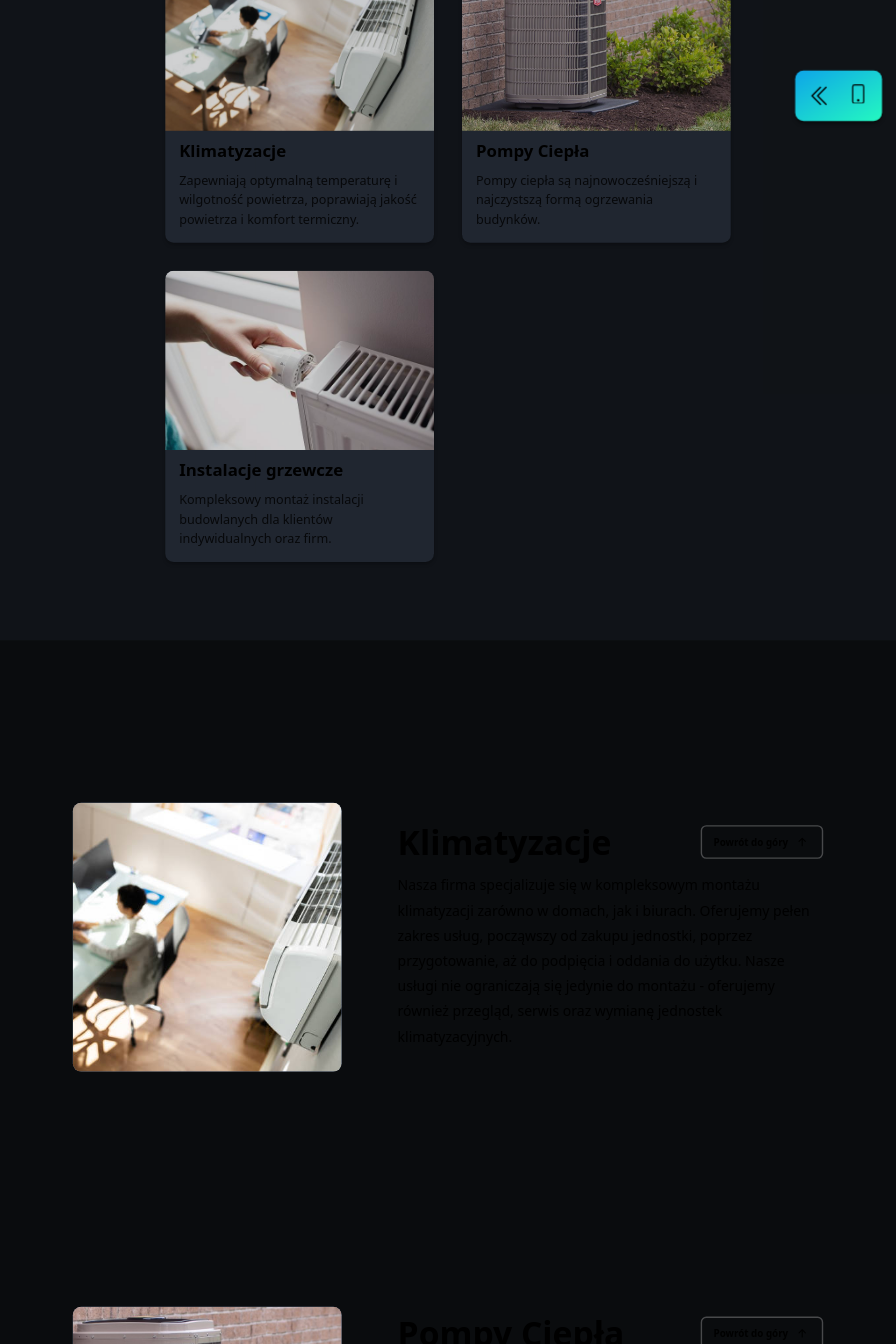
Repository: piotrokrutniak/Fast-CompanyWebsite
Page: /oferta
The author's editor kept a copy of each file at every save. The page is drawn from the files as they stood at one save, then again after the next save.
The browser window is 1280 px wide. The pictures show the part of the page from y = 527 to 2447 px (the page is 4334 px tall before and 4530 px after), at 70% of full size.
The project was rebuilt for these pictures with package versions that can differ from the ones it lists, and the page was loaded fresh each time. The framework's server and built-in components were replaced by stand-ins that run in the browser. Also part of the build but not shown: next.config.js.

Above is the page before, as saved 2023-10-22 16:03:28.

After the next save:
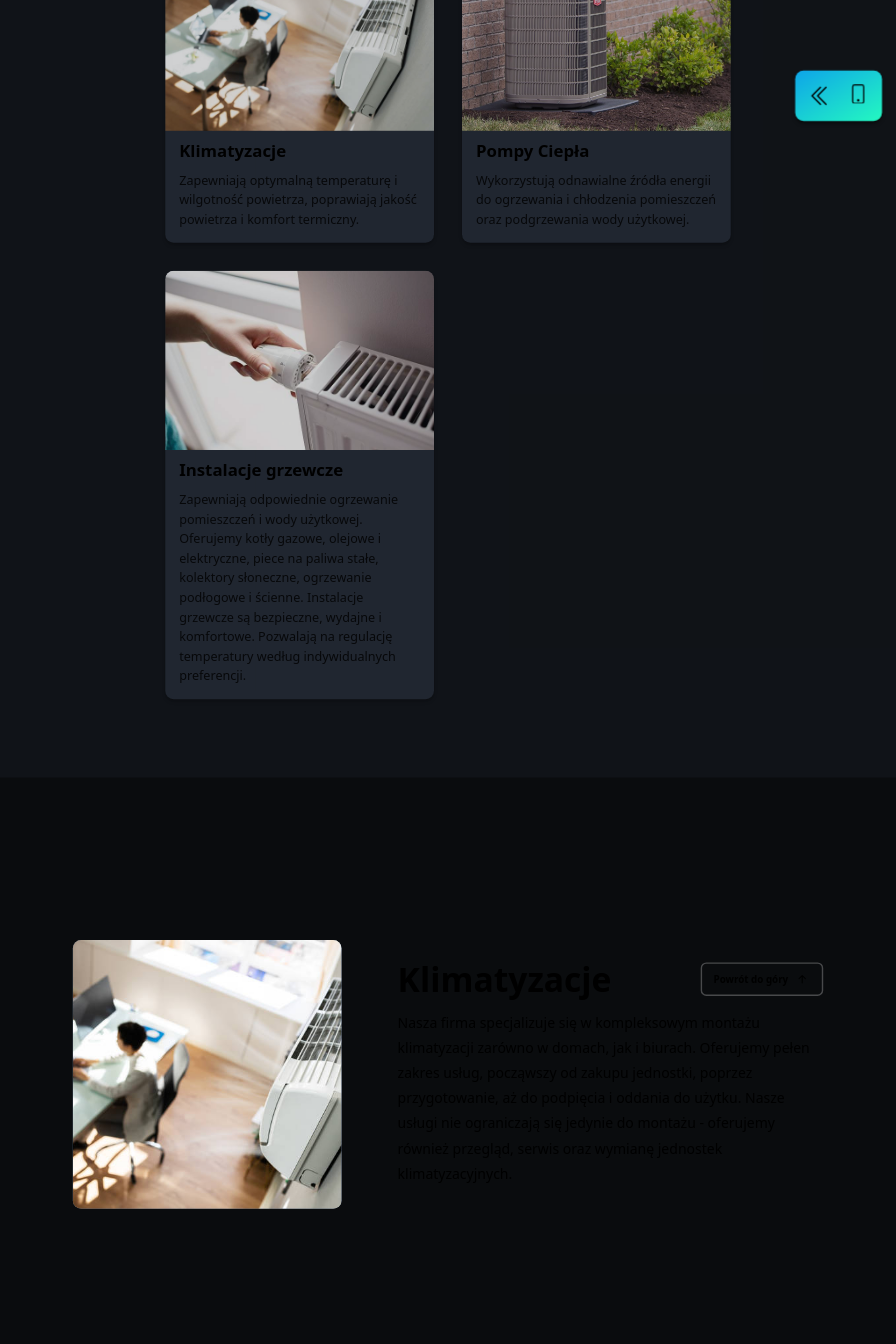
Saved 103 s later.
--- a/src/app/(pages)/oferta/page.js
+++ b/src/app/(pages)/oferta/page.js
@@ -19,8 +19,8 @@ export default function Oferta(){
                 <div className="bg-slate-600/10 lg:py-28 p-2 py-10">
                     <div className="w-fit grid lg:grid-cols-2 2xl:grid-cols-3 max-w-7xl m-auto gap-10 lg:gap-10 items-stretch">
                         <Card scrollTo="#klimatyzacja" image={img1} title="Klimatyzacje" desc="Zapewniają optymalną temperaturę i wilgotność powietrza, poprawiają jakość powietrza i komfort termiczny."/>
-                        <Card scrollTo="#pompy" image={img2} title="Pompy Ciepła" desc="Pompy ciepła są najnowocześniejszą i najczystszą formą ogrzewania budynków."/>
-                        <Card scrollTo="#ogrzewanie" image={img3} title="Instalacje grzewcze" desc="Kompleksowy montaż instalacji budowlanych dla klientów indywidualnych oraz firm."/>
+                        <Card scrollTo="#pompy" image={img2} title="Pompy Ciepła" desc="Wykorzystują odnawialne źródła energii do ogrzewania i chłodzenia pomieszczeń oraz podgrzewania wody użytkowej."/>
+                        <Card scrollTo="#ogrzewanie" image={img3} title="Instalacje grzewcze" desc="Zapewniają odpowiednie ogrzewanie pomieszczeń i wody użytkowej. Oferujemy kotły gazowe, olejowe i elektryczne, piece na paliwa stałe, kolektory słoneczne, ogrzewanie podłogowe i ścienne. Instalacje grzewcze są bezpieczne, wydajne i komfortowe. Pozwalają na regulację temperatury według indywidualnych preferencji."/>
                     </div>
                 </div>
             </section>
